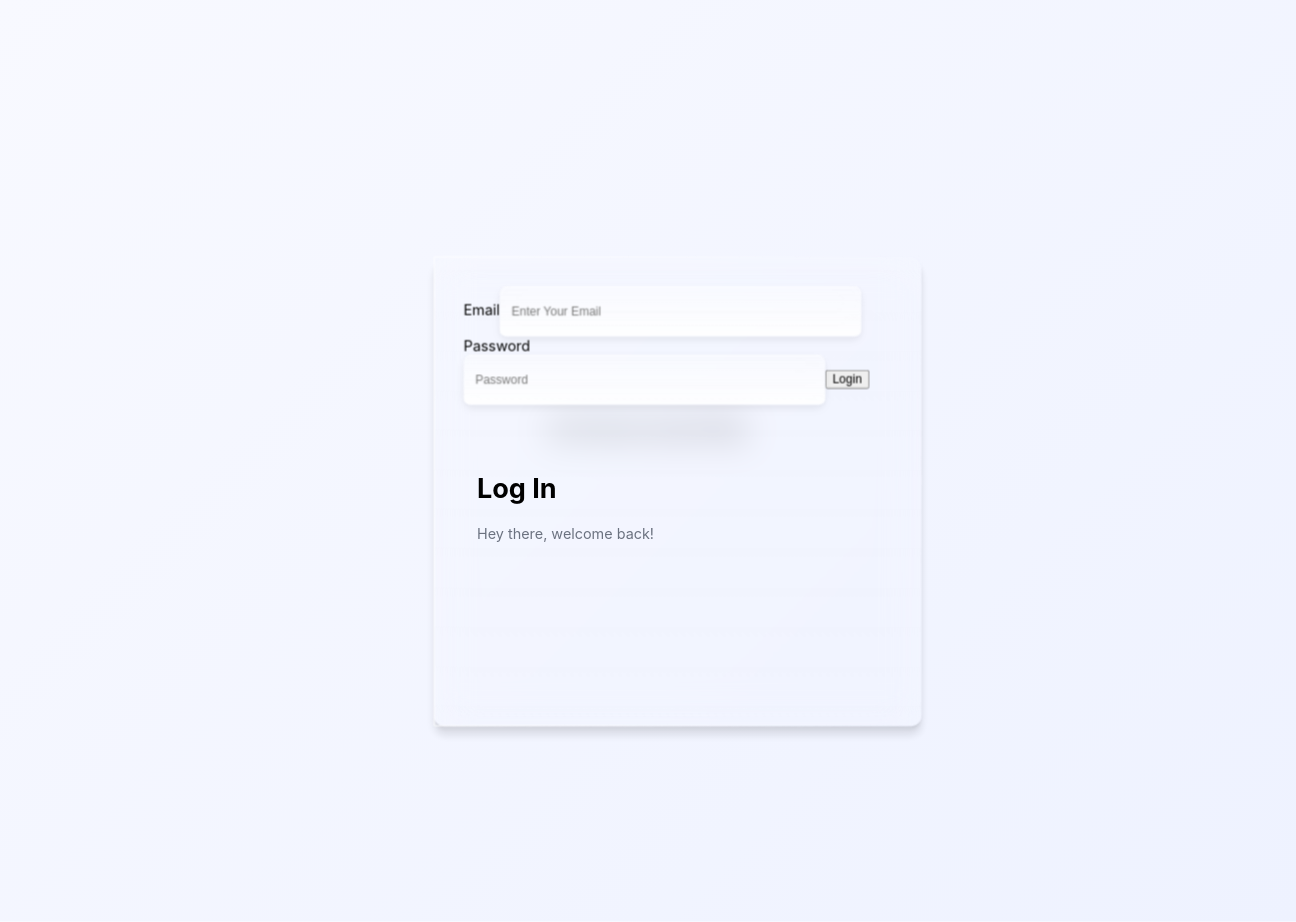
Repository: AfifaNoor/Admin_Panel-React-
Page: /
These files come from the project's save history. The page is drawn as it stood at one moment and after the next save; the edit follows.
The browser window is 1280 px wide. The page is 1440 px wide, so the pictures cover 1440 px, including what lies to the right of the window. The pictures show the whole page, at 90% of full size.
The project was rebuilt for these pictures with package versions that can differ from the ones it lists, and the page was loaded fresh each time. Also part of the build but not shown: src/SignUp.jsx.

Above is the page before, as saved 2025-07-10 15:55:09.

### src/App.js
import React from 'react'
import LoginPage from './LoginPage'
import { RouterProvider } from 'react-router-dom'
import Router from './Router'

const App = () => {
  return (
    <>
      {/* <RouterProvider router={Router}/> */}
      <LoginPage/>
    </>


  )
}

export default App

### src/LoginPage.jsx
import React, { useState } from 'react'
// import {Navigate, useNavigate} from 'react-router-dom';
import "./LoginPage.css"
import { ToastContainer, toast } from 'react-toastify';
import 'react-toastify/dist/ReactToastify.css';

const LoginPage = () => {
    const[email , setEmail]=useState('')
    const [password , setPassword] = useState('')
    // const navigate= useNavigate();

const handleSubmit =(e)=>{
    e.preventDefault();

 const hardcoreMail="login@gmail.com";
 const hardcorePassword = '1234567'

    if (email=== hardcoreMail && password === hardcorePassword){
        alert("Login Successfull")

    }else{
        alert("Invalid Credential")
    }

}



  return (
 <div className="login-container">

      <div className="signup-redirect">
        <p>
          Don’t have an account?{' '}
          {/* <span className="signup-link" onClick={() => navigate('/sign-up')}> */}
            {/* Sign Up */}
          {/* </span> */}
          <span className="signup-link" >
            Sign
          </span>
        </p>
      </div>

      <div className="title">
        <h1>Log In</h1>
        <p>Hey there, welcome back!</p>
      </div>

    <div>



    </div>

      <form className="login-form" onSubmit={handleSubmit}>
      <label className='form-label'>Email</label>
        <input
          type="email"
          className="form-input"
          value={email}
          placeholder="Enter Your Email"
          onChange={(e) => setEmail(e.target.value)}
          required
        />

        <label className='form-label'>Password</label>
        <input
          type="password"
          className="form-input"
          placeholder="Password"
          value={password}
          onChange={(e) => setPassword(e.target.value)}
          required
        />

        <button className="login-btn" type="submit">
          Login
        </button>

        {/* <ToastContainer /> */}
      </form>
    </div>
  );
}

export default LoginPage

### src/Router.jsx
import React from 'react';
import { createBrowserRouter , createRoutesFromElements , Route } from 'react-router-dom';
import LoginPage from './LoginPage';
import SignUp from './SignUp';

const Router = createBrowserRouter(
  createRoutesFromElements(
    <>

      <Route path='/sign-up' element={<SignUp/>}/>
      <Route path='login-page' element={<LoginPage/>}/>
    </>
  )
)

export default Router;

### src/LoginPage.css
.login-container {
  width: 1440px;
  height: 1024px;
  /* background: #FFFFFF; */
  opacity: 1;
  transform: rotate(0deg);
  display: flex;
  justify-content: center;
  align-items: center;
  background: linear-gradient(135deg, #f8f9ff, #eef2ff);
  flex-direction: column;
  /* font-family: 'Inter','sans-serif'; */
  position: relative;


}


.title{
  z-index: 3;
  width: 380px;
  height: 72px;
  opacity: 1;
  gap: 10px;

}

.title h1 {
width: 380px;
height: 40px;
font-family: 'Inter', sans-serif;
font-weight: 600px;
font-size: 30px;
line-height: 40px;
letter-spacing: -1%;
}

.title p{
  font-size: 16px;
  font-style: Inter;
  font-weight: 400px;
  font-style:normal;
  line-height: 22px;
  letter-spacing: -1%;
  color: rgba(107, 114, 128, 1);

}

.login-form{
  width: 476px;
  height: 456px;
  position: absolute;
  top: 284.5px;
  left: 482px;
  border-radius: 12px;
  padding: 32px;
  gap: 10px;
  opacity: 1;
  flex-direction: column;

  z-index: 2;

  background: linear-gradient(180deg, rgba(255, 255, 255, 0) -9.58%, rgba(255, 255, 255, 0.052) 100%);
  border: 1px solid transparent;
  border-image-source: linear-gradient(93.78deg, #FFFFFF 8.04%, rgba(255, 255, 255, 0) 100%);
  border-image-slice: 1;


-webkit-backdrop-filter: blur(20px);
backdrop-filter: blur(20px);

box-shadow:
  0px 10px 10px 0px rgba(0, 0, 0, 0.10),
  0px 4px 4px 0px rgba(0, 0, 0, 0.05),
  0px 1px 0px 0px rgba(0, 0, 0, 0.05),
  inset 0px 20px 50px 0px rgba(255, 255, 255, 0.15);

}

.form-label{
width: 380px;
height: 78px;
transform: rotate(0deg);
opacity: 1;
gap: 12px;

}

.form-input{

 width: 380px;
  height: 44px;
  min-width: 140px;
  max-width: 500px;
  transform: rotate(0deg);
  opacity: 1;
  border-radius: 8px;
  border-width: 1px;
  padding: 5px 8px 5px 12px;
  gap: 8px;

  background: linear-gradient(0deg, rgba(255, 255, 255, 0.9) 0%, rgba(255, 255, 255, 0.4) 100%);
  border: 1px solid transparent; /* fallback for border-image */

  border-image:
    linear-gradient(0deg, rgba(255, 255, 255, 0.1), rgba(255, 255, 255, 0.1)),
    linear-gradient(360deg, rgba(255, 255, 255, 0.5) 0%, rgba(255, 255, 255, 0) 100%);
  border-image-slice: 1;


  -webkit-backdrop-filter: blur(20px);
  backdrop-filter: blur(20px);
  box-shadow: 0 4px 10px rgba(0,0,0,0.08);
  cursor: pointer;
}

Loaded but not shown: public/index.html (common file); src/index.js (common file); src/index.css (common file); src/reportWebVitals.js (common file)

After the next save:
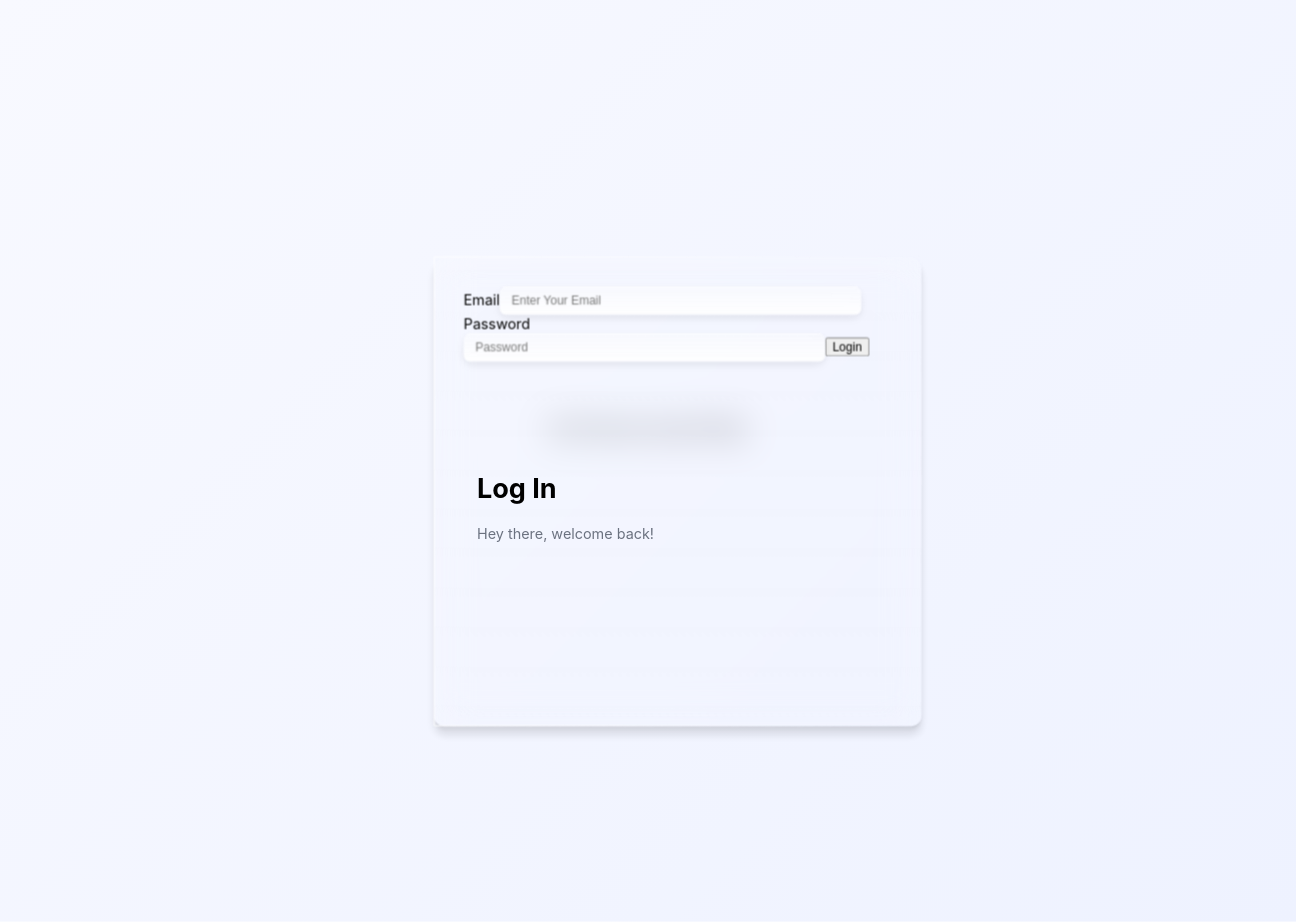
Saved 25 s later.
--- a/src/LoginPage.css
+++ b/src/LoginPage.css
@@ -89,7 +89,7 @@ gap: 12px;
 .form-input{
 
  width: 380px;
-  height: 44px;
+  height: 20px;
   min-width: 140px;
   max-width: 500px;
   transform: rotate(0deg);
